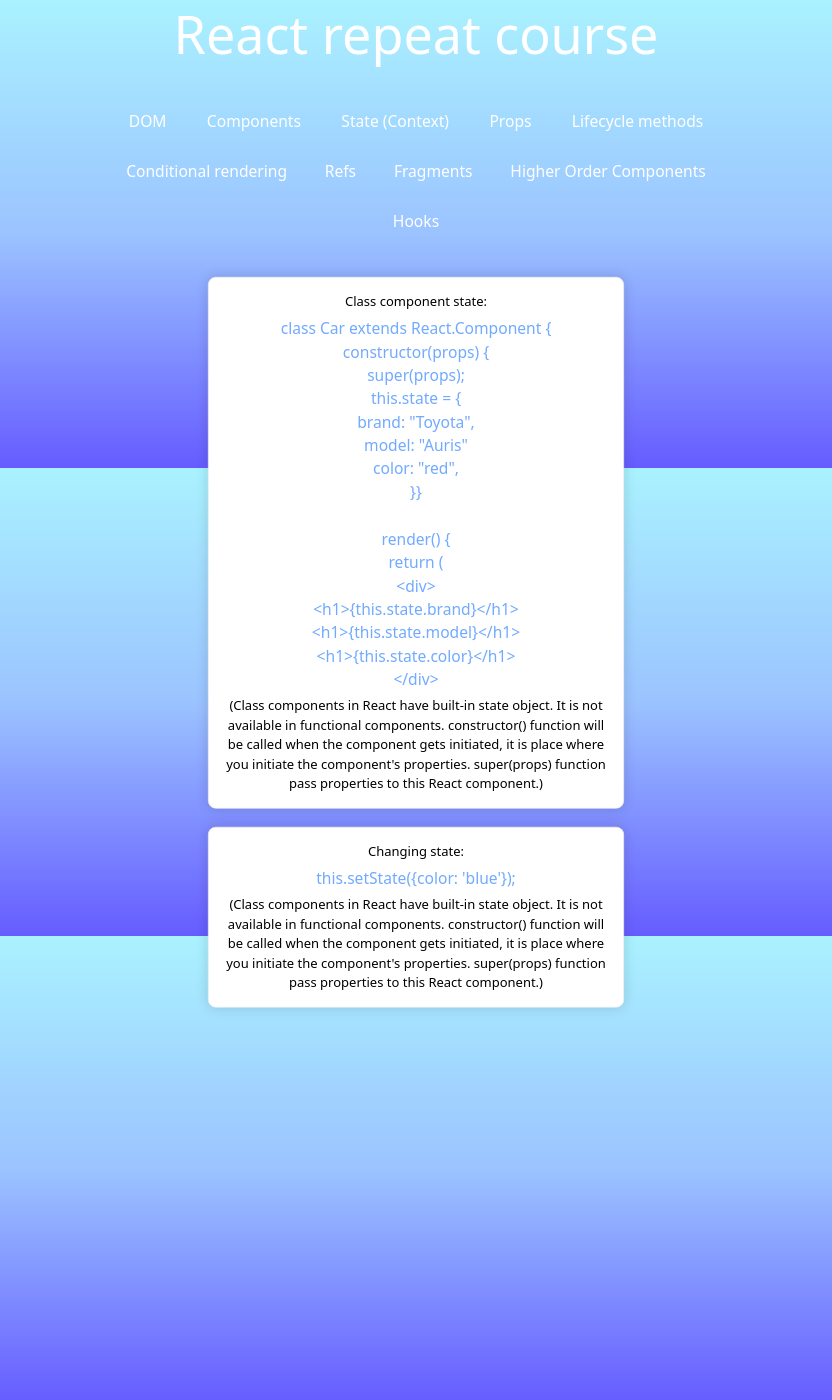
Repository: michalgornicki/github
Page: /#/State
These files come from the project's save history. The page is drawn as it stood at one moment and after the next save; the edit follows.
The browser window is 1280 px wide. The pictures show the whole page, at 65% of full size.
Backgrounds fixed to the window are drawn as part of the page. The project was rebuilt for these pictures with package versions that can differ from the ones it lists, and the page was loaded fresh each time. Also part of the build but not shown: src/components/dom.jsx, src/components/components.jsx, src/components/props.jsx, src/components/lifecycle.jsx, src/components/conditional.jsx, src/components/refs.jsx, src/components/fragments.jsx, src/components/hoc.jsx and 1 more.

Above is the page before, as saved 2022-02-07 13:15:59.

### src/App.jsx
import React from "react";
import "./App.css";
import "bootstrap/dist/css/bootstrap.min.css";
import { Route, HashRouter as Router, Routes, Link } from "react-router-dom";
import DOM from "./components/dom.jsx";
import Components from "./components/components.jsx";
import State from "./components/state.jsx";
import Props from "./components/props.jsx";
import Lifecycle from "./components/lifecycle.jsx";
import Conditional from "./components/conditional.jsx";
import Refs from "./components/refs.jsx";
import Fragments from "./components/fragments.jsx";
import HOC from "./components/hoc.jsx";
import Hooks from "./components/hooks.jsx";

const App = () => {
  return (
    <Router>
      <div className="text-center">
        <div className="display-1 mt-1 mb-5 text-white">React repeat course</div>

        <div className="h4 d-flex w-75 m-auto my-5 justify-content-evenly flex-wrap text-white">
          <Link className="link-style m-3" to="/">
            DOM
          </Link>
          <Link className="link-style m-3" to="/Components">
            Components
          </Link>
          <Link className="link-style m-3" to="/State">
            State (Context)
          </Link>
          <Link className="link-style m-3" to="/Props">
            Props
          </Link>
          <Link className="link-style m-3" to="/Lifecycle">
            Lifecycle methods
          </Link>
          <Link className="link-style m-3" to="/Conditional">
            Conditional rendering
          </Link>
          <Link className="link-style m-3" to="/Refs">
            Refs
          </Link>
          <Link className="link-style m-3" to="/Fragments">
            Fragments
          </Link>
          <Link className="link-style m-3" to="/HOC">
            Higher Order Components
          </Link>
          <Link className="link-style m-3" to="/Hooks">
            Hooks
          </Link>
        </div>

        <Routes>
          <Route path="/" element={<DOM />} />
          <Route path="/Components" element={<Components />} />
          <Route path="/State" element={<State />} />
          <Route path="/Props" element={<Props />} />
          <Route path="/Lifecycle" element={<Lifecycle />} />
          <Route path="/Conditional" element={<Conditional />} />
          <Route path="/Refs" element={<Refs />} />
          <Route path="/Fragments" element={<Fragments />} />
          <Route path="/HOC" element={<HOC />} />
          <Route path="/Hooks" element={<Hooks />} />
        </Routes>
      </div>
    </Router>
  );
};

export default App;

### src/App.css
@import url('https://fonts.googleapis.com/css2?family=Catamaran:wght@400&display=swap');

body{
    font-family: 'Catamaran', sans-serif;
    overflow-x: hidden;
    padding-bottom: 80vh;
    height: auto;
    background: linear-gradient(rgb(170, 242, 255), rgb(155, 195, 255), rgb(102, 92, 255));
    background-attachment: fixed;
}

.js-item{
    color:rgb(0, 0, 0);
    font-size: 1.25rem;
    background-color: white;
    transition: 0.2s;
    padding: 3vh;
    margin-bottom: 4vh!important;
    border: 1px solid rgb(240, 240, 240);
    width: 50%;
    margin-left: auto;
    margin-right: auto;
    box-shadow: 0px 0px 20px rgba(0, 0, 0, 0.15);
    border-radius: 0.75rem;
}

.js-item:hover{
    cursor: pointer;
    background-color: rgb(240, 240, 240);
}

.text-color{
    margin: auto;
    padding: 0.5rem;
    width: fit-content;
    color:rgb(113, 170, 255)!important;
    font-size: 1.5rem;
    border-radius: 1rem;
}

.link-style{
    color: inherit;
    text-decoration: inherit;
    padding: 0.5rem;
    border-radius: 0.5rem;
}

.link-style:hover{
    color: rgb(113, 170, 255);
    text-decoration: inherit;
}

@media only screen and (max-device-width: 600px), (max-width: 600px) {

    .js-item{
        width: 95%;
    }

}

### src/components/state.jsx
const State = () => {
  return (
    <div className="">
      <div className="js-item">
        {" "}
        <div className="">Class component state: </div>
        <div className="text-color">
          {`class Car extends React.Component {`} <br />
          {`constructor(props) {`} <br />
          {`super(props);`}{" "} <br />
          {`this.state = {`} <br />
          {`brand: "Toyota",`} <br />
          {`model: "Auris"`} <br />
          {`color: "red",`} <br />
          {`}}`} <br /> <br />
          {`render() {`}{" "} <br />
          {`return (`}{" "} <br />
          {`<div>`}{" "} <br />
          {`<h1>{this.state.brand}</h1>`} <br />
          {`<h1>{this.state.model}</h1>`} <br />
          {`<h1>{this.state.color}</h1>`} <br />
          {`</div>`}{" "}
        </div>{" "}
        (Class components in React have built-in state object. It is not available in functional components. constructor() function will be called when the component gets initiated, it is place where you initiate the component's properties. super(props) function pass properties to this React component.)
      </div>
      <div className="js-item">
        {" "}
        <div className="">Changing state: </div>
        <div className="text-color">
          {`this.setState({color: 'blue'});`} <br />

        </div>{" "}
        (Class components in React have built-in state object. It is not available in functional components. constructor() function will be called when the component gets initiated, it is place where you initiate the component's properties. super(props) function pass properties to this React component.)
      </div>
    </div>
  );
};

export default State;

Loaded but not shown: public/index.html (common file); src/index.js (common file); src/index.css (common file); src/reportWebVitals.js (common file)

After the next save:
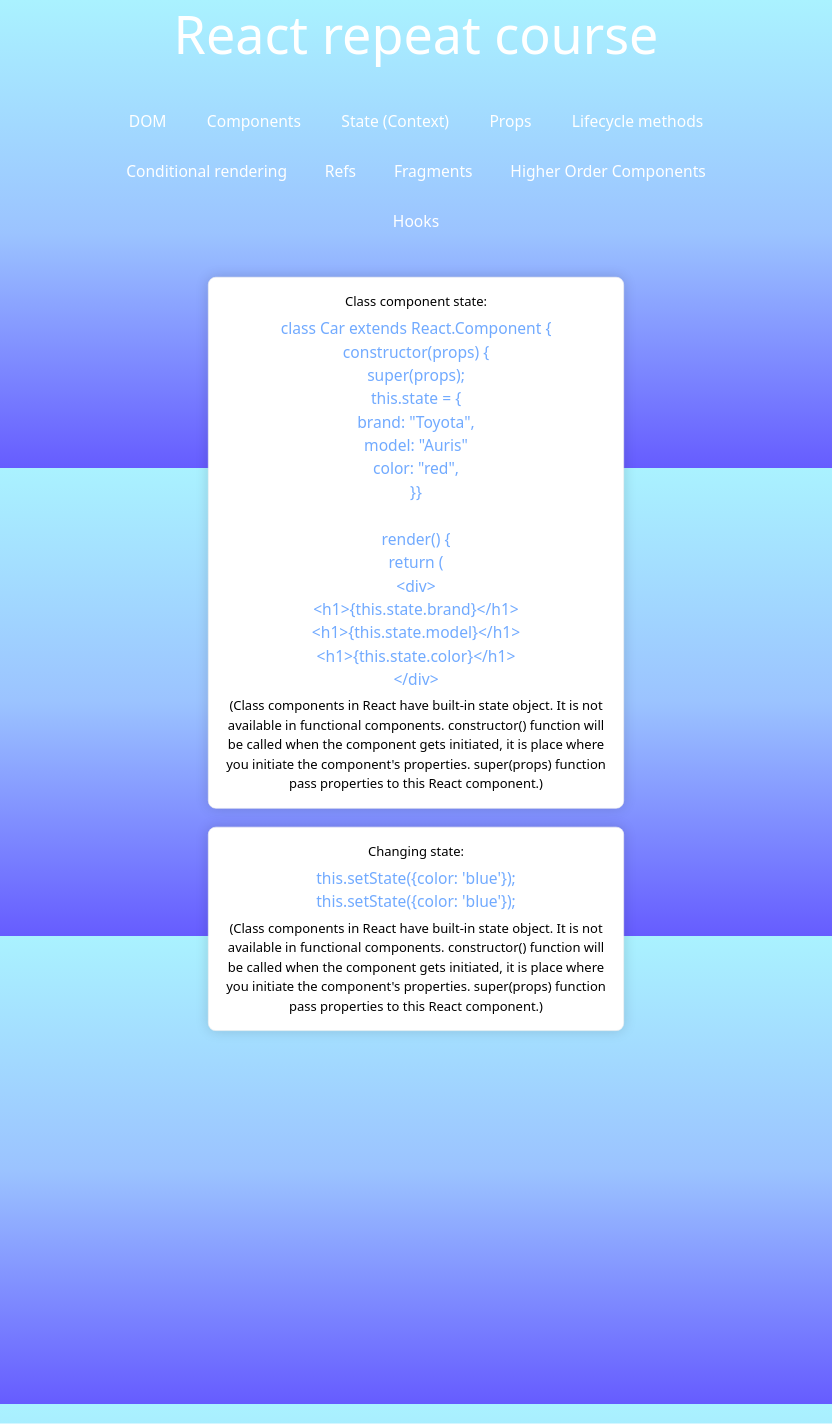
Saved 4 s later.
--- a/src/components/state.jsx
+++ b/src/components/state.jsx
@@ -28,6 +28,7 @@
         <div className="">Changing state: </div>
         <div className="text-color">
           {`this.setState({color: 'blue'});`} <br />
+          {`this.setState({color: 'blue'});`} <br />
 
         </div>{" "}
         (Class components in React have built-in state object. It is not available in functional components. constructor() function will be called when the component gets initiated, it is place where you initiate the component's properties. super(props) function pass properties to this React component.)
